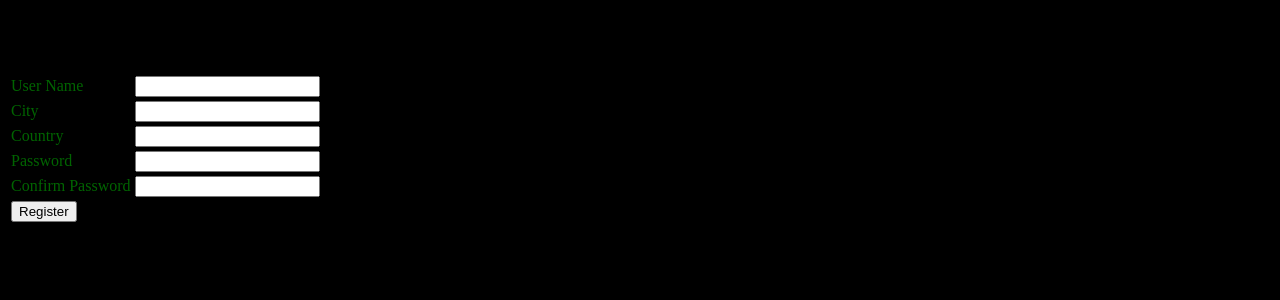
Repository: sultanaNargis03/IndustryReadyJavaSpringBoot
Page: Servlet/workspace/Learningportal/src/main/webapp/register.html
The author's editor kept a copy of each file at every save. The page is drawn from the files as they stood at one save, then again after the next save.
The browser window is 1280 px wide. The pictures show the whole page.

Above is the page before, as saved 2023-12-08 12:27:03.

### Servlet/workspace/Learningportal/src/main/webapp/register.html
<!DOCTYPE html>
<html>
<head>
<meta charset="ISO-8859-1">
<title>Registration</title>
</head>
<body bgcolor="black">
<h2 style="color: red"><marquee>Student registration!!</marquee></h2>
<form action="./reg" style="color:darkgreen">
	<table ">
		<tr>
			<td>User Name</td>
			<td><input type="text" name="uname"</td>
		</tr>
		<tr>
			<td>City</td>
			<td><input type="text" name="city"</td>
		</tr>

		<tr>
			<td>Country</td>
			<td><input type="text" name="country"</td>
		</tr>
		<tr>
			<td>Password</td>
			<td><input type="password" name="password"</td>
		</tr>
		<tr>
			<td>Confirm Password</td>
			<td><input type="password" name="cpassword"</td>
		</tr>
		<tr>
			<td><input type="submit" value="Register"</td>
		</tr>
	</table>
</form>

</body>
</html>

After the next save:
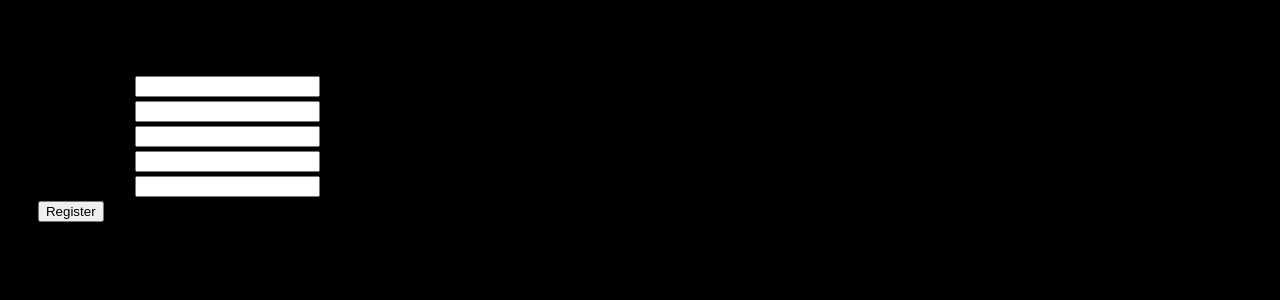
Saved 13 s later.
--- a/Servlet/workspace/Learningportal/src/main/webapp/register.html
+++ b/Servlet/workspace/Learningportal/src/main/webapp/register.html
@@ -6,7 +6,7 @@
 </head>
 <body bgcolor="black">
 <h2 style="color: red"><marquee>Student registration!!</marquee></h2>
-<form action="./reg" style="color:darkgreen">
+<form action="./reg" move align="center">
 	<table ">
 		<tr>
 			<td>User Name</td>
